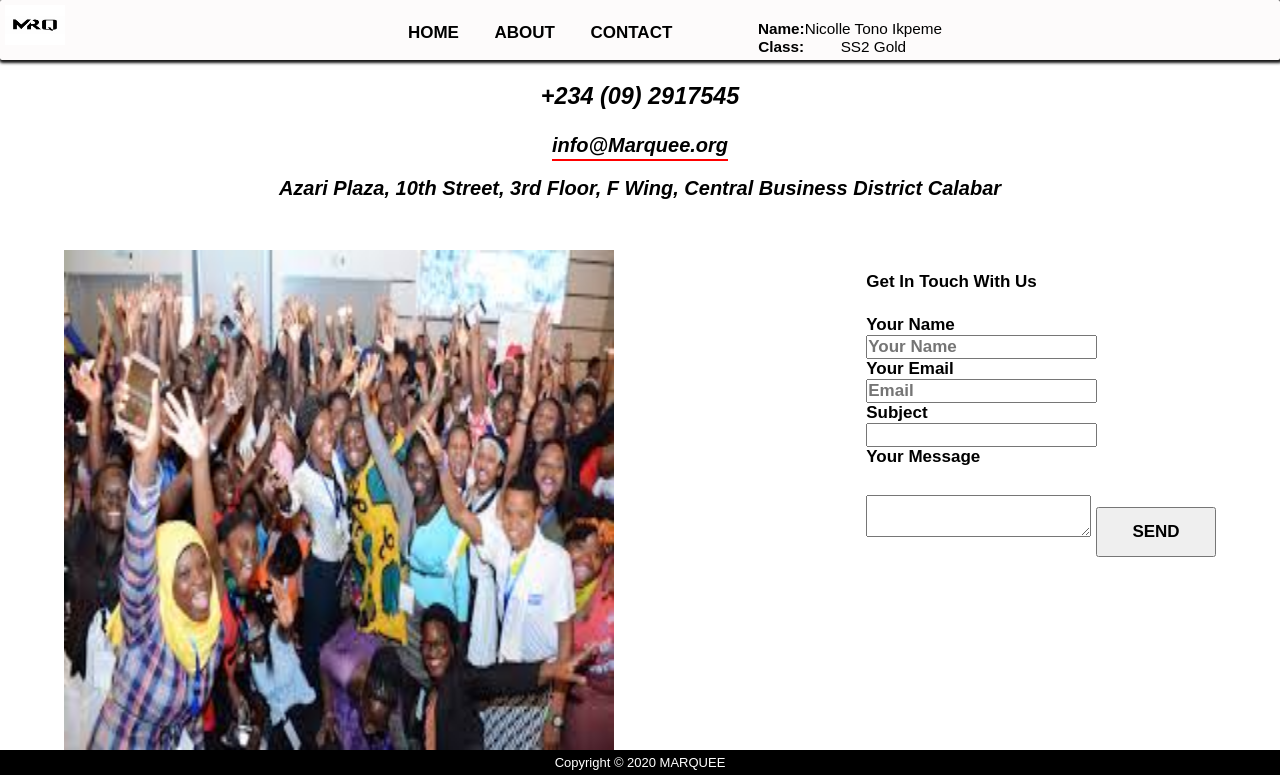
Repository: pboi18/Marquee.org
Page: contact.html
The author's editor kept a copy of each file at every save. The page is drawn from the files as they stood at one save, then again after the next save.
The browser window is 1280 px wide. The pictures show the whole page.

Above is the page before, as saved 2020-07-11 21:36:27.

### contact.html
<!DOCTYPE html>
<html>
    <head>
        <meta charset="utf-8">
        <link rel="icon" type="image/png" sizes="16x16" href="img/logo.png">
        <title>Marquee</title>

        <link rel="stylesheet" href="style.css" >
        <link rel="stylesheet" href="normalize.css" >


    </head>

    <body>
            <nav class="main">

                    <div class="navbar2">

                        <img src="img/logo.png" alt="MARQUEE" class="logo">

                        <ul class="main-nav">
                            <li>
                                <a href="home.html">
                                    Home
                                </a>
                            </li>

                            <li>
                                <a href="about.html">
                                    ABOUT
                                </a>
                            </li>

                            <li>
                                <a href="contact.html">
                                    CONTACT
                                </a>
                            </li>

                            <li>
                                <table class="id">
                                    <tr>
                                        <th>Name:</th>
                                        <td> Nicolle Tono Ikpeme</td>
                                    </tr>

                                    <tr>
                                        <th>Class:</th>
                                        <td> SS2 Gold</td>
                                    </tr>

                                </table>
                            </li>

                        </ul>





                </div>

            </nav>

            <div class="con">
                <div class="contact">
                    <address>
                        <h3>+234 (09) 2917545</h3>
                        <a href="info@Marquee.org" style="text-decoration: none; color: black;
                        font-weight: bold; border-bottom: 2px solid red; padding-bottom: 3px;">
                            info@Marquee.org
                        </a><br>
                        <p style="font-weight: bold;">Azari Plaza, 10th Street, 3rd Floor, F Wing, Central Business District Calabar</p>
                    </address>
                </div>


                <div style="height: 500px;">
                    <img src="img/images.jpg" alt="Happy women" class="image span-1-of-2">

                    <form class="form2 span-1-of-2">
                        <h4 >Get In Touch With Us</h4>
                        <label>Your Name </label>
                        <input type="text" name="Name" placeholder="Your Name" required >
                        <label>Your Email</label>
                        <input type="email"  placeholder="Email" required >
                        <label>Subject</label>
                        <input type="text" >
                        <label>Your Message</label>
                        <textarea ></textarea>
                        <!-- <input type="submit" value="SEND" name="send" style="margin-top: 40px;"> -->

                        <button type="submit" style="margin-top: 40px; width: 120px; height: 50px;">SEND</button>

                    </form>

                </div>
            </div>

        <footer>
            <P style="color: white; text-align: center; margin: 0; font-size: small; padding: 5px;">
                Copyright &copy; 2020 MARQUEE
            </P>
        </footer>
    </body>
</html>

### style.css
* {
    margin: o;
    padding: 0;
    box-sizing: border-box;
}

html {
    background-color: #fff;
    max-width: 100%;
    font-size: 20px;
    font-weight: 300;
    font-family: Arial, Helvetica, sans-serif;
    text-rendering: optimizeLegibility;
}



h1 {
    margin: 0;
}

label {
    display: block;
}

/* header {
    background-image: linear-gradient( rgba(0, 0, 0, 0.4), rgba(0, 0, 0, 0.4)), url(img/home.jpg);
    height: 100vh;
    background-size: cover;
    background-position: center;
} */


.logo {
    height: 40px;
    width: 60px;
    float: left;
    margin: 5px;
}

.main-nav {
    list-style: none;
    margin: auto;
    margin-top: 10px;
    text-align: center;


}

.main-nav li {
    display: inline-block;
    margin: 10px 15px;
    font-size: 85%;

}

.main-nav li a:link,
.main-nav li a:visited {
    color: #000;
    text-decoration: none;
    text-transform: uppercase;
    font-weight: bold;
    padding: 3px 0px;
    border-bottom: 3px solid transparent;
    transition: border-bottom 0.2s;
}

.main-nav li a:hover,
.main-nav li a:active {
    border-bottom: 3px solid rgb(158, 0, 0);
}
.id {
    display: inline-table;
    padding: 10px;
    font-size: 90%;
    margin: 0 0 0 50px;

}

.navbar {
    height: 50px;
    width: 100%;
    display: inline-block;
    border-radius: 2px;
    box-shadow: 0px 3px -1px 2px rgb(190, 189, 189);
    position: fixed;
    background-color: rgb(253, 251, 251);
}

.navbar2 {
    height: 60px;
    width: 100%;
    display: inline-block;
    border-radius: 2px;
    box-shadow: 1px 1px 3px 2px rgb(20, 20, 20);
    /* position: fixed; */
    background-color: rgb(253, 251, 251);
}

.numb {
    border: solid 5px rgb(63, 62, 62);
    text-align: center;
    width: 40px;
    height: 30px;
    align-self: center;
    border-radius: 50%;
    margin: auto;
    background-color: rgb(63, 62, 62);
    color: white;
}
.wup {
    padding-top: 10px;

    background: linear-gradient(180deg, #DF2828 5.21%, rgba(223, 40, 40, 0.427083) 55.73%, rgba(223, 40, 40, 0.427083) 64.06%, rgba(223, 40, 40, 0.427083) 73.44%, rgba(222, 17, 17, 0.427083) 100%, rgba(170, 77, 77, 0) 100%);
}

.cover {
    border-radius: 5px;
    margin: auto;
}

.sec {
    background-color: black;
    height: 250px;
    width: 100%;
    text-align: center;
}



main {
    /* width: 1000px; */
    margin: auto;
}

.con {
    width: 90%;
    margin: auto;
    ;

}
.contact {
    text-align: center;
    margin: auto;
    margin-bottom: 50px;
}
.image {
    width: 550px;
    height: 500px;
    float: left;
}

.form2 {
    float: right;
    text-align: left;
    font-size: 85%;
    font-weight: bold;
}

footer {
    background-color: #000;
}

Loaded but not shown: normalize.css (library)

After the next save:
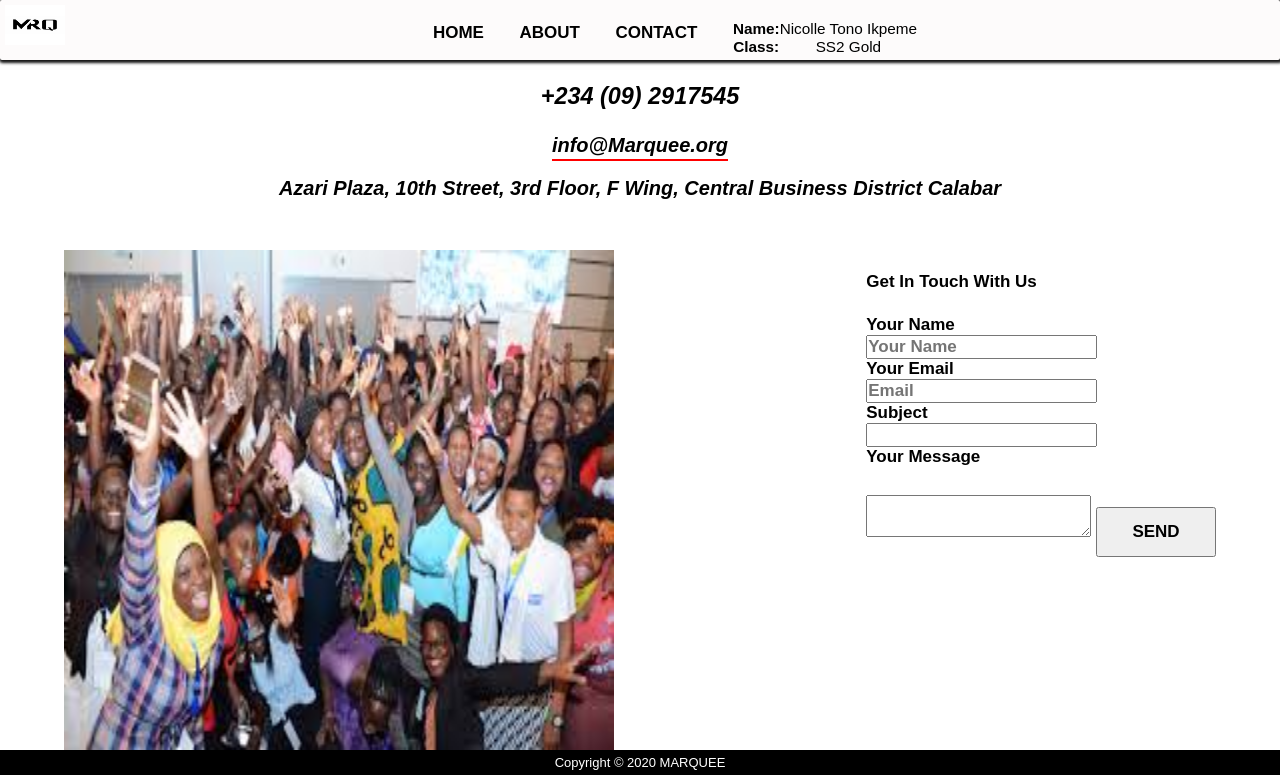
Saved 7 s later.
--- a/style.css
+++ b/style.css
@@ -73,7 +73,6 @@ label {
     display: inline-table;
     padding: 10px;
     font-size: 90%;
-    margin: 0 0 0 50px;
 
 }
 
